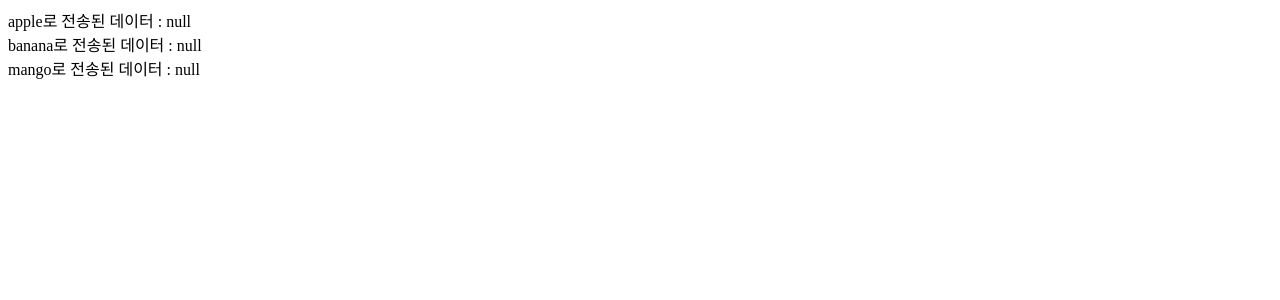
Repository: HeeMang28/jsp
Page: http://localhost/JSPBasic/jspobject/request/req_param.jsp
The author's editor kept a copy of each file at every save. The page is drawn from the files as they stood at one save, then again after the next save.
The browser window is 1280 px wide. The pictures show the whole page.
The page is served by Tomcat 9.

Above is the page before, as saved 2022-03-24 12:05:56.

After the next save:
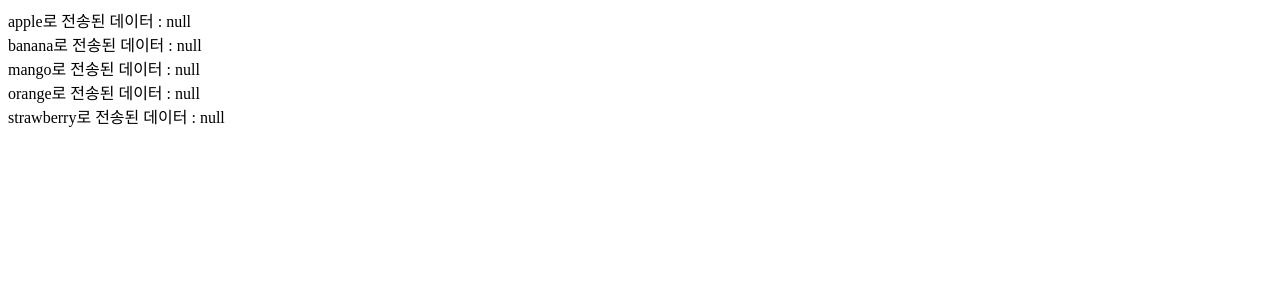
Saved 80 s later.
--- a/JSPBasic/src/main/webapp/jspobject/request/req_param.jsp
+++ b/JSPBasic/src/main/webapp/jspobject/request/req_param.jsp
@@ -31,5 +31,7 @@
 	apple로 전송된 데이터 : <%= a %><br/>
 	banana로 전송된 데이터 : <%= b %><br/>
 	mango로 전송된 데이터 : <%= c %><br/>
+	orange로 전송된 데이터 : <%= d %><br/>
+	strawberry로 전송된 데이터 : <%= e %> <br/>
 </body>
 </html>
